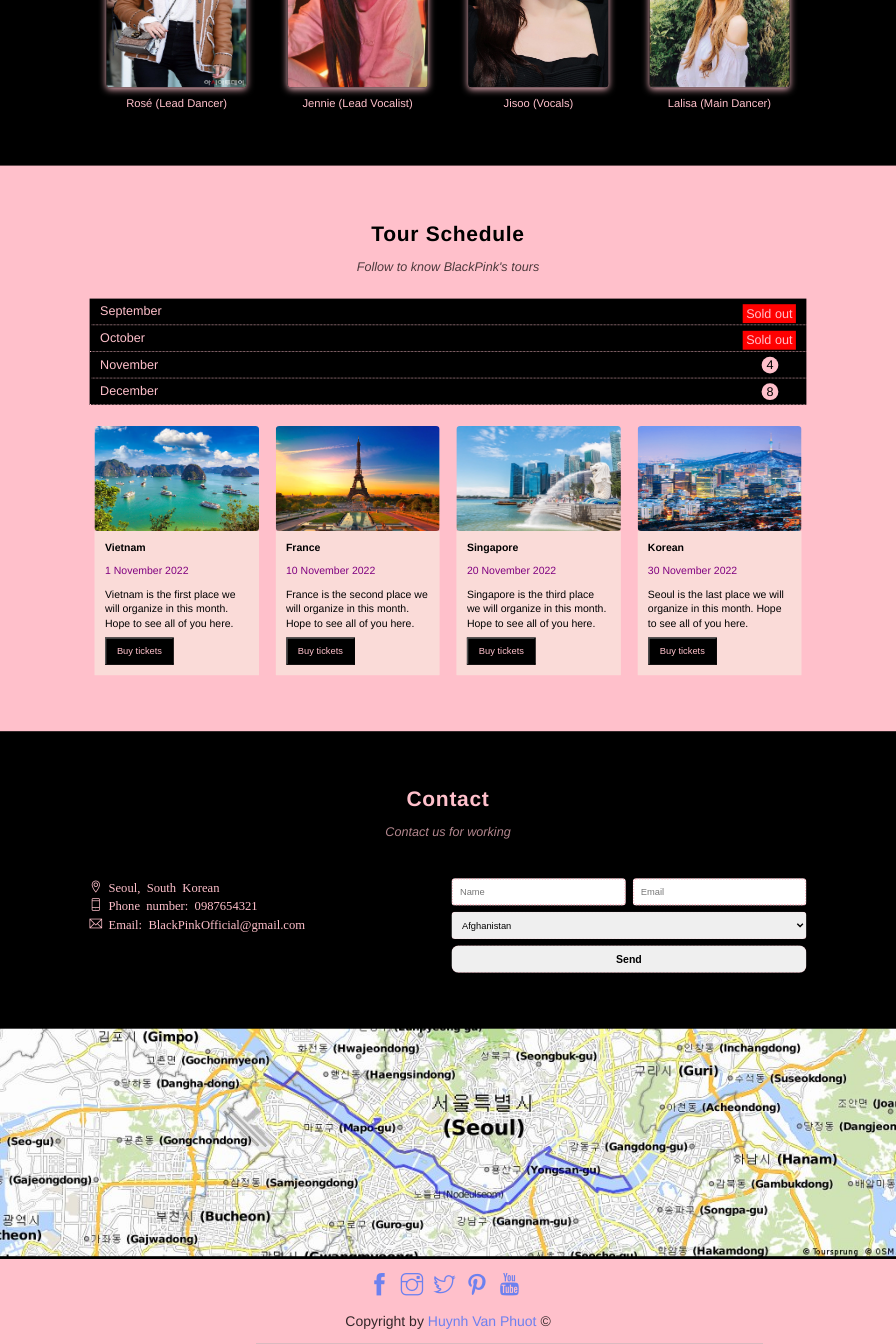
Repository: harrycricket/Blackpink_Band_Deploy
Page: index.html
The author's editor kept a copy of each file at every save. The page is drawn from the files as they stood at one save, then again after the next save.
The browser window is 1280 px wide. The pictures show the part of the page from y = 1411 to 3331 px (the page is 3331 px tall), at 70% of full size.

Above is the page before, as saved 2023-03-26 15:03:39.

After the next save:
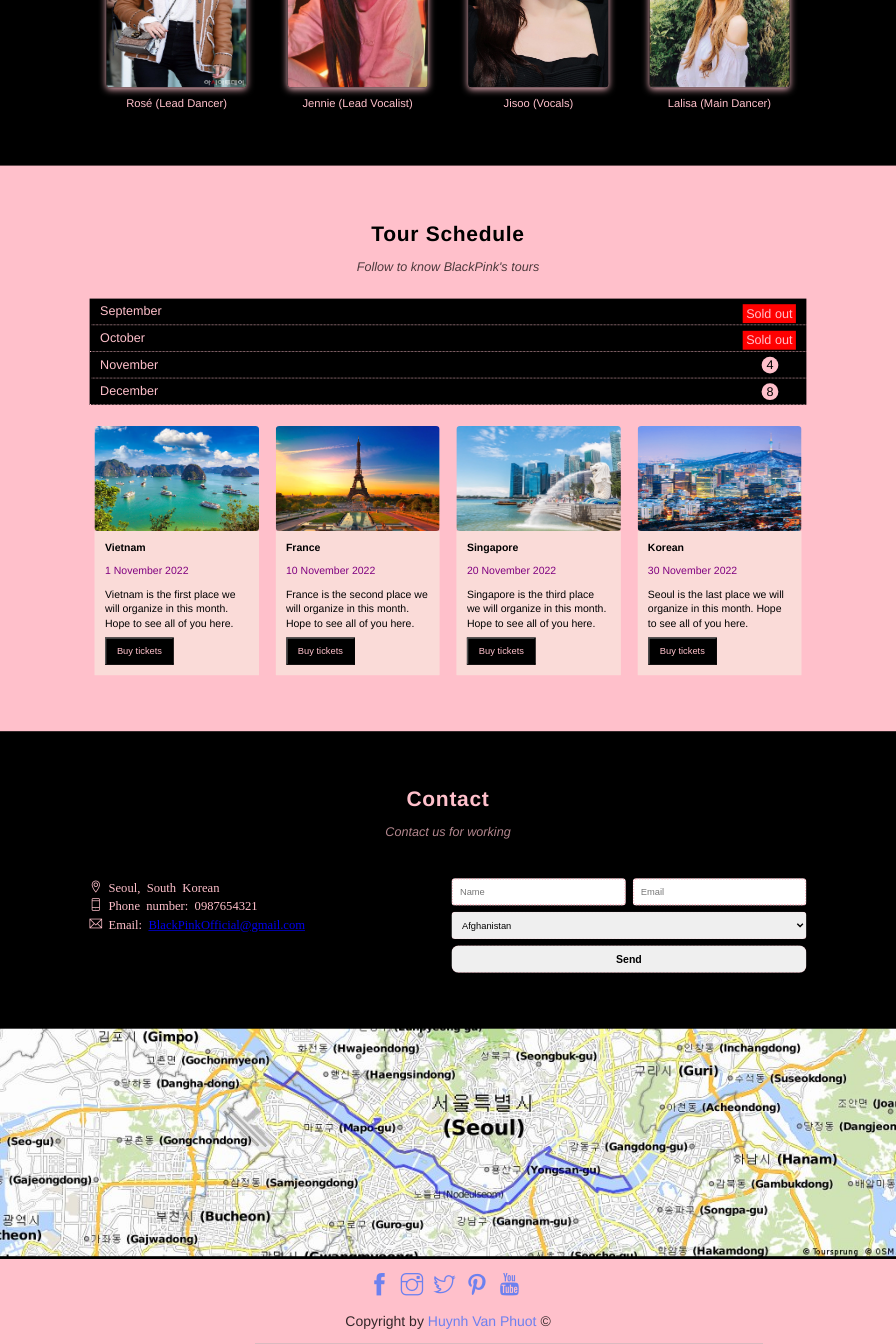
Saved 2 min 57 s later.
--- a/index.html
+++ b/index.html
@@ -177,7 +177,8 @@
                     <div class="column column-half column-full contact-info">
                         <p><i class="ti-location-pin"> Seoul, South Korean</i></p>
                         <p><i class="ti-mobile"> Phone number: 0987654321</i></p>
-                        <p><i class="ti-email"> Email: BlackPinkOfficial@gmail.com</i></p>
+                        <p><i class="ti-email"> Email: <a
+                                    href="mailto:BlackPinkOfficial@gmail.com">BlackPinkOfficial@gmail.com</a></i></p>
                     </div>
 
                     <div class="column column-half column-full contact-form">
